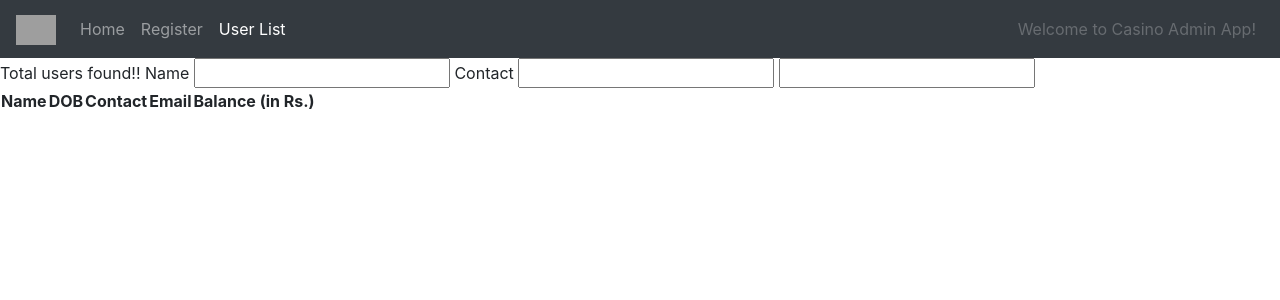
Repository: piyushrulesyou/CasinoGameApplication
Page: http://localhost/adminPanel/UsersList.jsp
The author's editor kept a copy of each file at every save. The page is drawn from the files as they stood at one save, then again after the next save.
The browser window is 1280 px wide. The pictures show the whole page.
Pictures or frames that could not be fetched are drawn as grey boxes. The page is served by Tomcat 9. Nobody is signed in. The application's start-up code is not run.

Above is the page before, as saved 2019-10-31 17:57:51.

After the next save:
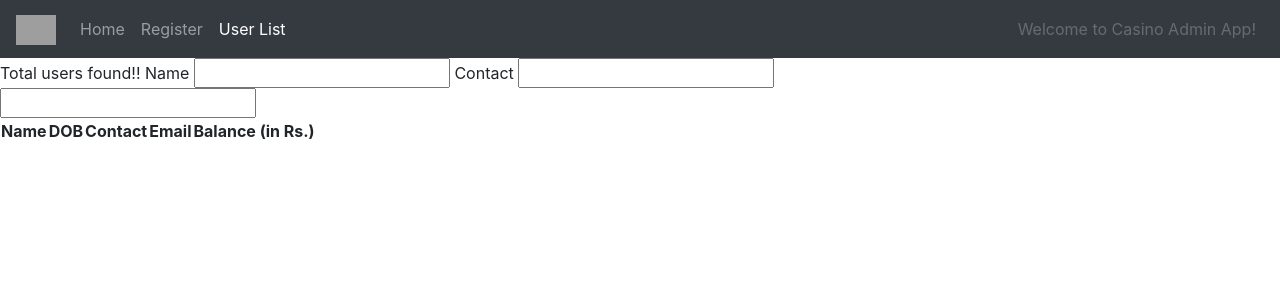
Saved 9 s later.
--- a/AdminPanel/adminPanel/src/main/webapp/UsersList.jsp
+++ b/AdminPanel/adminPanel/src/main/webapp/UsersList.jsp
@@ -43,10 +43,10 @@
 		</ul>
 	</nav>
 
-	Total ${listOfUsers.size()} users found!!
-
-	Name <input type="text" id="filterName" name="filterName">
-	 Contact <input type="text" id="filterContact" name="filterContact">
+	Total ${listOfUsers.size()} users found!! Name
+	<input type="text" id="filterName" name="filterName"> Contact
+	<input type="text" id="filterContact" name="filterContact">
+	<br>
 	<input type="text" id="filterEmail" name="filterEmail">
 
 
